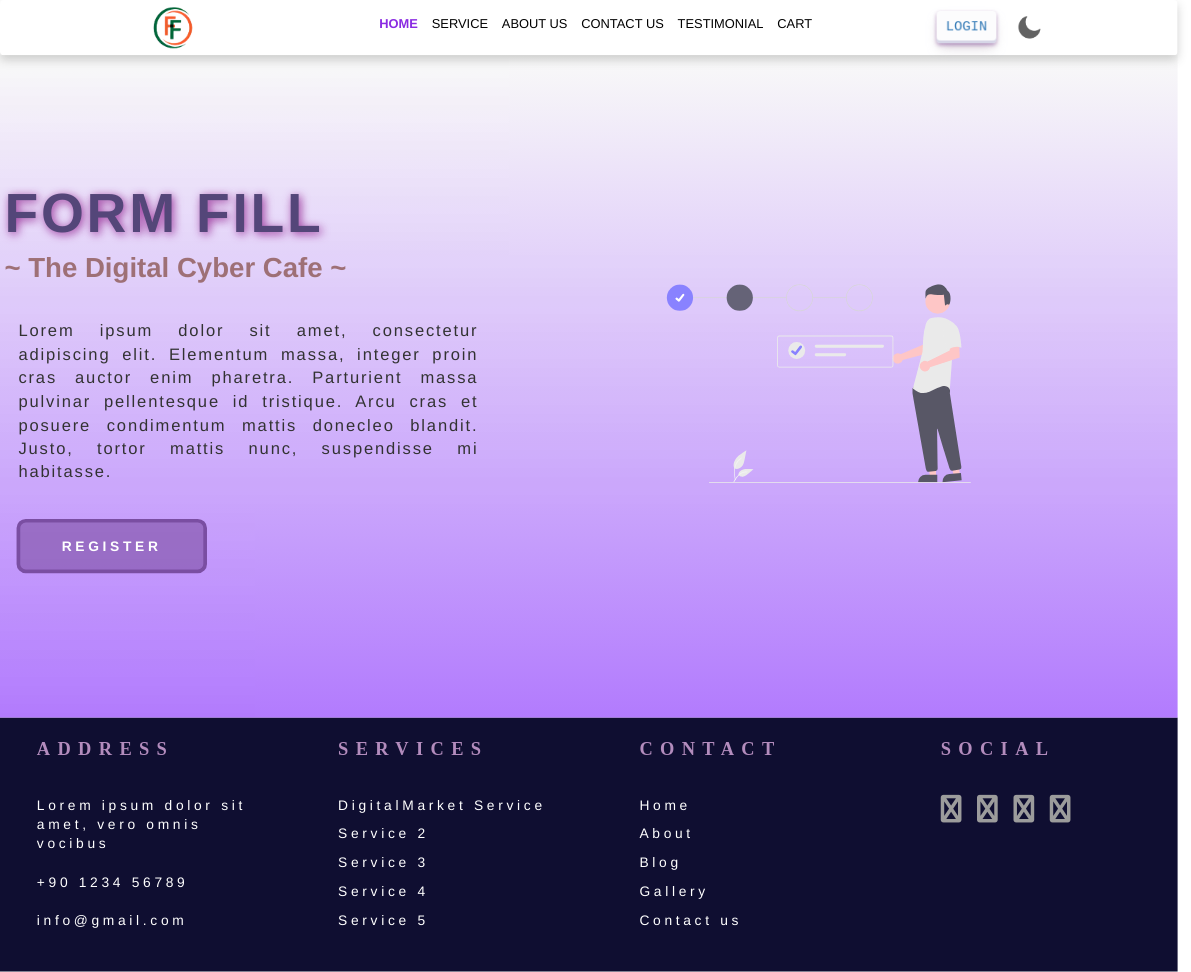
Repository: codervivek5/Formfil
Page: index.html
These files come from the project's save history. The page is drawn as it stood at one moment and after the next save; the edit follows.
The browser window is 1280 px wide. The page is 1295 px wide, so the pictures cover 1295 px, including what lies to the right of the window. The pictures show the whole page, at 92% of full size.
Some web fonts or font styles are not loaded; a fallback is used.

Above is the page before, as saved 2023-03-04 21:00:41.

### index.html
<!DOCTYPE html>
<html lang="en">

<head>
	<meta charset="UTF-8" />
	<meta http-equiv="X-UA-Compatible" content="IE=edge" />
	<meta name="viewport" content="width=device-width, initial-scale=1.0" />
	<title>Home-FormFil</title>
	<link rel="stylesheet" href="style/style.css" />
     <link rel="stylesheet" href="style/theme.css">

	<link rel="stylesheet" href="https://maxcdn.bootstrapcdn.com/bootstrap/3.4.1/css/bootstrap.min.css">
	<script src="https://ajax.googleapis.com/ajax/libs/jquery/3.6.0/jquery.min.js"></script>
     <script src="https://maxcdn.bootstrapcdn.com/bootstrap/3.4.1/js/bootstrap.min.js"></script>

	<link rel="stylesheet" href="https://fonts.googleapis.com/css?family=Trirong" />
	<link rel="icon" type="image/x-icon" href="./img/crop_logo.png" />
	<link rel="stylesheet" href="https://cdnjs.cloudflare.com/ajax/libs/font-awesome/6.2.1/css/all.min.css">
</head>

<body>

    <div class="loader">
          <img class= "imgload" src="img/logo.png"  alt="">
     </div>

     <header class="navbar">
      <a href="index.html"><img class="logo" src="img/logo.png" width="100px" height="100px" /></a>

      <div class="navbar-opt">
        <ul class="navbar-list">
          <li><a href="index.html" class="nav-link active">HOME</a></li>
          <li><a href="pages/service.html" class="nav-link">SERVICE </a></li>
          <li><a href="pages/about_us.html" class="nav-link">ABOUT US </a></li>
          <li><a href="pages/contact-us.html" class="nav-link">CONTACT US </a></li>
          <li><a href="pages/testimonial.html" class="nav-link">TESTIMONIAL</a></li>
          <li><a href="pages/cart.html" class="nav-link">CART</a></li>
        </ul>
      </div>

      <div class="fixed-buttons">
        <button><a href="pages/login.html" class="lgn">LOGIN</a></button>
        <img src="img/moon.png" id="icon">
      </div>

      <div class="mobile-menu">
        <ion-icon name="menu-outline" class="menu-icon"></ion-icon>
        <ion-icon name="close-outline" class="menu-icon"></ion-icon>
      </div>

     </header>

	<div class="main">

		<div class="container">
			<div class="content">
				<h1>FORM FILL</h1>
				<h2>~ The Digital Cyber Cafe ~</h2>
				<p class="para">
					Lorem ipsum dolor sit amet, consectetur adipiscing elit.
          Elementum massa, integer proin cras auctor enim pharetra.
					Parturient massa pulvinar pellentesque id tristique.
          Arcu cras et posuere condimentum mattis donecleo blandit.
          Justo, tortor mattis nunc, suspendisse mi habitasse.
				</p>
				<div class="btn">
					<a href="pages/signup.html"> <button class="btn1 button">REGISTER</button></a>
				</div>
			</div>
			<div class="shipp">
				<img src="img/svg.svg" />
        <!-- <img src="img/formfilSvg.svg" /> -->
			</div>
		</div>
	</div>

<!-- footer section -->
<footer>
    <div>
        <div class="row">
            <div class="col-lg-3 col-md-5 col-sm-4 col-xs-12">
                <ul class="adress">
                     <span>Address</span>
                     <li>
                        <p>Lorem ipsum dolor sit amet, vero omnis vocibus</p>
                      </li>

                      <li>
                        <p>+90 1234 56789</p>
                      </li>

                      <li>
                        <p>info@gmail.com</p>
                      </li>
                 </ul>
            </div>
            <div class="col-lg-3 col-md-5 col-sm-4 col-xs-12">
               <ul class="service">
                    <span>Services</span>
                    <li>
                       <a href="#">DigitalMarket Service</a>
                     </li>

                     <li>
                        <a href="#">Service 2</a>
                     </li>

                     <li>
                       <a href="#">Service 3</a>
                     </li>

                     <li>
                        <a href="#">Service 4 </a>
                     </li>

                     <li>
                       <a href="#">Service 5</a>
                    </li>
               </ul>
           </div>
            <div class="col-lg-3 col-md-3 col-sm-4 col-xs-12">
                <ul class="contact">
                     <span>Contact</span>
                     <li>
                        <a href="index.html">Home</a>
                      </li>

                      <li>
                         <a href="pages/about_us.html">About</a>
                      </li>

                      <li>
                        <a href="#">Blog</a>
                      </li>

                      <li>
                         <a href="#">Gallery </a>
                      </li>

                      <li>
                        <a href="pages/contact-us.html">Contact us</a>
                     </li>
                </ul>
            </div>

            <div class="col-lg-3 col-md-3 col-sm-4 col-xs-12">
               <ul class="social">
                    <span>Social</span>
                    <li>
                         <a href="https://www.facebook.com/codervivek"  target="_blank"><i class="fa fa-facebook fa-2x"></i></a>
                    </li>

                    <li>
                         <a href="https://github.com/codervivek5" target="_blank"><i class="fa fa-github fa-2x"></i></a>
                    </li>

                    <li>
                         <a href="https://www.linkedin.com/in/codervivek/" target="_blank"><i class="fa fa-linkedin fa-2x"></i></a>
                    </li>

                    <li>
                         <a href="https://twitter.com/codervivek5" target="_blank"><i class="fa fa-twitter fa-2x"></i></a>
                    </li>

                    <li>
                         <a href="https://www.youtube.com/codervivek" target="_blank"><i class="fa fa-youtube-play fa-2x"></i></a>
                   </li>
                  </ul>
            </div>
       </div>
    </div>
    <button class="back-to-top hidden">
     <svg
     xmlns="http://www.w3.org/2000/svg"
     class="back-to-top-icon"
     fill="none"
     viewBox="0 0 24 24"
     stroke="currentColor"
   >
     <path
       stroke-linecap="round"
       stroke-linejoin="round"
       stroke-width="2"
       d="M7 11l5-5m0 0l5 5m-5-5v12"
     />
   </svg></button>
</footer>


<script>

     // Javascript Code for Dark Mode Switch
	var icon = document.getElementById("icon");
	icon.onclick = function(){
		document.body.classList.toggle("dark-mode");
		if (document.body.classList.contains("dark-mode")){
			icon.src="img/sun.png";
		}
		else {
			icon.src="img/moon.png";
		}
	}
  //javascript for loader
  $(document).ready(function() {
      // Animate loader off screen
   setTimeout(function() {
    $(".loader").fadeOut("slow");
   }, 0);
  });
      // Javascript Code for Scroll to top Button
      const showOnPx = 100;
      const backToTopButton = document.querySelector(".back-to-top")

     const scrollContainer = () => {
       return document.documentElement || document.body;
      };

 document.addEventListener("scroll", () => {
   if (scrollContainer().scrollTop > showOnPx) {
     backToTopButton.classList.remove("hidden")
   } else {
     backToTopButton.classList.add("hidden")
   }
 })
 const goToTop = () => {
   document.body.scrollIntoView({
     behavior: "smooth",
   });
 };
 backToTopButton.addEventListener("click", goToTop);

 const mobile_nav= document.querySelector('.mobile-menu');
const nav_header= document.querySelector(".navbar");

const toggleNav = () =>{
  nav_header.classList.toggle("switchOn");
}

mobile_nav.addEventListener('click', () => toggleNav());

</script>
<script type="module" src="https://unpkg.com/ionicons@5.5.2/dist/ionicons/ionicons.esm.js"></script>
<script nomodule src="https://unpkg.com/ionicons@5.5.2/dist/ionicons/ionicons.js"></script>
</body>
</html>

### style/style.css
@import url('https://fonts.googleapis.com/css2?family=Tilt+Prism&display=swap');

body{
	margin:0;
	padding:0;
	background:black;
font-family: 'Times New Roman', Times, serif;
overflow-x: hidden;
}
.main{
	position: relative;
	height:100%;
	width:100%;
	/* background:linear-gradient(rgba(244, 245, 243, 0.712),#7b378ec4); */
	background-position: center;
	background-repeat: no-repeat;
	background-size: cover;
	opacity: 0.8;

}
.navbar{
    padding: 0 !important;
    padding: 0 3rem;
    height: 6rem;
    display: flex;
    justify-content: space-between;
    align-items: center;
    margin-bottom: 0 !important;
    box-shadow: 0px 5px 10px #48464640 !important;
    z-index: 999;
}

.navbar-opt{
    transition: all 0.5s;
  }

  .navbar-list{
    display: flex;
    gap: 1.5rem;
    list-style: none;
  }

  .fixed-buttons{
    display: flex;
    justify-content: center;
    align-items: center;
    column-gap: 1rem;
  }

  .active{
    font-weight: 700 !important;
  }

  .nav-link:link,
.nav-link:visited {
  display: inline-block;
  text-decoration: none;
  color: black;
}

.mobile-menu{
  display: none;
  background: transparent;
  cursor: pointer;
}

.menu-icon{
  width: 3.2rem;
  height: 3.2rem;
  z-index: 1000;
}

.menu-icon[name="close-outline"]{
  display: none;
}

.fixed-buttons button{
  align-items: center;
  appearance: none;
  background-color: #FCFCFD;
  border-radius: 4px;
  border-width: 0;
  box-shadow: #7b378e7b 0 2px 4px,#c1b6c4a8 0 7px 13px -3px,#D6D6E7 0 -3px 0 inset;
  box-sizing: border-box;
  color: #36395A;
  cursor: pointer;
  display: inline-flex;
  font-family: "JetBrains Mono",monospace;
  height: 3.5rem;
  justify-content: center;
  line-height: 1;
  list-style: none;
  overflow: hidden;
  padding-left: 1rem;
  padding-right: 1rem;
  position: relative;
  text-align: left;
  text-decoration: none;
  transition: box-shadow .15s,transform .15s;
  user-select: none;
  -webkit-user-select: none;
  touch-action: manipulation;
  white-space: nowrap;
  will-change: box-shadow,transform;
  font-size: 1.5rem;
}

.fixed-buttons button:focus {
    box-shadow: #D6D6E7 0 0 0 1.5px inset, rgba(45, 35, 66, 0.4) 0 2px 4px, rgba(45, 35, 66, 0.3) 0 7px 13px -3px, #D6D6E7 0 -3px 0 inset;
  }

  .fixed-buttons button:hover {
    box-shadow: rgba(45, 35, 66, 0.4) 0 4px 8px, rgba(45, 35, 66, 0.3) 0 7px 13px -3px, #D6D6E7 0 -3px 0 inset;
    transform: translateY(-2px);
  }

  .fixed-buttons button:active {
    box-shadow: #D6D6E7 0 3px 7px inset;
    transform: translateY(2px);
  }

@media (max-width:1220px){
    .navbar-list{
      gap: 0.3rem;
    }
  }

  @media (max-width:1030px){
    .mobile-menu{
      display: block;
    }

    .navbar{
      padding: 0 1rem;
      position: relative;
    }

    .navbar-opt{
      width: 100vw;
      height: 100vh;
      background-color: #484646dd;
      position: absolute;
      top: 0;
      left: 0;
      display: flex;
      justify-content: center;
      /* transform: translateY(100%); */
      transition: all 0.5s linear;
      opacity: 0;
      visibility: hidden;
      pointer-events: none;
    }

    .navbar-list{
      flex-direction: column;
      align-items: center;
      justify-content: center;
      font-size: 1.7rem;
      font-weight: 500;
    }

    .switchOn .navbar-opt{
      opacity: 1;
      visibility: visible;
      pointer-events: auto;
    }

    .switchOn .mobile-menu .menu-icon[name="close-outline"]{
      display: block;
    }

    .switchOn .mobile-menu .menu-icon[name="menu-outline"]{
      display: none;
    }

  }

  .nav-link:hover{
    color: grey !important;
  }

    /* ____________________________________________________________________________________________________________ */

.container{
    display: flex;
    justify-content: space-between;
    align-items: center;
    position: relative;
    top: 20vh;
    padding: 0px 25px;
}
.shipp{
  padding-left: 50px;
}
.shipp img{
    width: 60vh;
}
.content{
  display: flex;
  flex-direction: column;
  margin-left: -110px;
}
.content h1{
    color: #2a1958;
    text-shadow: 2px 2px 10px purple;
    font-size: 6rem;
    letter-spacing: 3px;
    margin-top: -5px;
    font-weight: bold;
}
.content h2{
  color: rgba(0, 0, 0, 0.87);
	width:100%;
  font-weight: bold;
  margin-top: -1px;
}
.content .para{
  color: black;
	width:100%;
  text-align: justify;
  font-size: 18px;
  margin-top: 30px;
  padding-left: 60px;
  letter-spacing: 2px;

}
.content .btn{
  text-align: left;
  margin-left: 45px;
  margin-top: 20px;
}
.content button{
    padding: 15px 45px;
    border-radius: 10px;
    border: none;
    background-color: rgba(90, 34, 139,0.6) !important;
    border: 4px solid rgba(90, 34, 139);
    color: white !important;
    font-weight: bold !important;
    letter-spacing: 4px;
    font-size: 15px !important;
    transition: transform .2s;
}
.btn1:hover{
  transform: scale(1.15);
  background-color: rgba(90, 34, 139,0.2) !important;
  color: white !important;
}

@media only screen and (max-width: 1300px){
    .shipp img{
      width: 50vw;
      height: 30vh;
  }
  }

  @media only screen and (max-width: 500px){
    .container{
      display: flex;
      flex-direction: column;
      padding: 0 !important;
      margin: 0 !important;
    }
    .content{
      width: 100vw;
      display: flex;
      flex-direction: column;
      justify-content: center;
      align-items: center;
      padding: 0 !important;
      margin: 0 !important;
    }
    .shipp img{
      width: 50vw;
      height: 40vh;
  }
  .content h1{
    font-size: 3rem;
  }
  .content h2{
    font-size: 2rem;
  }
  .content .para{
    font-size: 1.5rem;
  }
  }
/* footer */
footer{
     background-color: #0f0e31;
     padding:20px 0px;
     z-index: 1;
}

footer ul li{
    padding:5px 0px;
}

.adress span , .contact span , .social span, .service span{
   color: #FFF;
   font-weight: 800;
   padding-bottom: 10px;
   margin-bottom: 20px;
   display: block;
   text-transform: uppercase;
   font-size: 20px;
   letter-spacing: 3px;
}

.adress li p , .contact li a , .social li a, .service li a{
    color:#FFF;
    letter-spacing: 2px;
    text-decoration:none;
    font-size:15px;
    font-style: sans-serif;
}

.social li{
    float:left;
}

.adress , .contact , .social , .service{
    list-style: none;
}

.fa{
    color:#9c9c9c;
    margin-right: 15px;
    font-size:24px;
}
.service span{
    letter-spacing: 8px;
    font-family:'Tilt Prism', cursive;
    color:rgb(179,140,189);
}
.contact span{
    letter-spacing: 8px;
    font-family: 'Tilt Prism', cursive;
    color:rgb(179,140,189);

}
.adress span{
    letter-spacing: 8px;
    font-family:'Tilt Prism', cursive;
    color:rgb(179,140,189);
}
.social span{
    letter-spacing: 8px;
    font-family:'Tilt Prism', cursive;
    color:rgb(179,140,189);
}
.service a{
    letter-spacing: 4px !important;
    position: relative;
    transition: all 0.5s ease;
    -webkit-transition: all 0.5s ease;
}
.service a:hover {
    color: rgb(137,130,255) !important;
    transition: all 1s ease;
    -webkit-transition: all 1s ease;
}

 .service a:before, .service a:after {
  content: '';
  position: absolute;
  width: 0%;
  height: 1px;
  bottom: -1px;
  background:rgb(204,214,246);
}

.imgload{
	height: 25%;
	width: 15%;

}
.loader{
    position: fixed;
    z-index: 1;
    top: 0;
    left: 0;
    background: #7b378ec4;
    height: 100%;
    width: 100%;
    display: flex;
    justify-content: center;
    align-items: center;
  }

  .loader.hidden{
    animation: fadeOut 2s forwards;
  }
  @keyframes fadeOut {
    100%{
      opacity: 100%;
      visibility: hidden;
    }
  }



.adress p{
    letter-spacing: 4px !important;
    position: relative;
    transition: all 0.5s ease;
    -webkit-transition: all 0.5s ease;
}
.adress p:hover {
    color: rgb(14, 214, 3) !important;
    transition: all 1s ease;
    -webkit-transition: all 1s ease;
}
.contact a{
    letter-spacing: 4px !important;
    position: relative;
    transition: all 0.5s ease;
    -webkit-transition: all 0.5s ease;
}
.contact a:hover {
    color: rgb(212, 1, 227) !important;
    transition: all 1s ease;
    -webkit-transition: all 1s ease;
}
.social i{
    position: relative;
}
.social i:hover {
    color: rgb(15, 3, 252) !important;
    transition: all 1s ease;
    -webkit-transition: all 1s ease;
}
.back-to-top {
    position: fixed;
    right: 2rem;
    bottom: 2rem;
}
.hidden {
    display: none;
        opacity: 0%;

  }
.back-to-top {
    position: fixed;
    right: 2rem;
    bottom: 2rem;
    border-radius: 100%;
    background: gray;
    padding: 1.5rem;
    border: none;
    cursor: pointer;
    opacity: 100%;
    transition: opacity 0.5s;
  }
  .back-to-top-icon {
    width: 2rem;
    height: 2rem;
    color: white;
  }
  .back-to-top:hover {
    opacity: 60%;
  }

.footerpart{
	text-align: center;
}







    /* ____________________________________________________________________________________________________________ */

### style/theme.css
:root{
	--color--main: linear-gradient(rgba(244, 245, 243, 0.712),rgb(159, 90, 253));
	--color--footer: rgb(119, 5, 100);
	--color--h1: #2a1958;
	--color--h2: rgba(122, 60, 60, 0.87);
	--color--p: black;
	--color--btn: #2a1958;
	--color--nav: black;
	--color--nav_before:#2a1958;
	--color--customnav: white;
}
.dark-mode{
	--color--main: linear-gradient(#4b075ac4,rgba(28, 1, 41, 0.712));
	--color--footer: rgb(65, 3, 55);
	--color--h1: rgb(255, 255, 255);
	--color--h2: rgb(233, 233, 233);
	--color--p: white;
	--color--btn: #130735;
	--color--nav: rgb(215, 244, 248);
	--color--nav_before:rgb(215, 244, 248);
	--color--customnav: rgb(174, 147, 180);
}
#icon{
	width: 30px;
	cursor: pointer;
	margin: 10px;
}
.main{
	position: relative;
	height:100vh;
	width:100%;
	background:var(--color--main);
	background-position: center;
	background-repeat: no-repeat;
	background-size: cover;
	opacity: 0.8;
}
.navbar{
	background-color: var(--color--customnav);
}

.nav-link{
	color: var(--color--p) !important;
}

.active{
	color: blueviolet !important;
}
.content h1{
    color:var(--color--h1);
margin-left: 8%;
}
.content h2{
    color: var(--color--h2);
    margin-left: 8%;
}
.content .para{
    color: var(--color--p);
}
.content .btn1 {
    background-color: var(--color--btn);
    color:honeydew;

}
.footer{
	background-color:var(--color--footer);
	display: block;
	justify-content: center;
	align-items: center;
	width: 100%;
	height: 40vh;

}

After the next save:
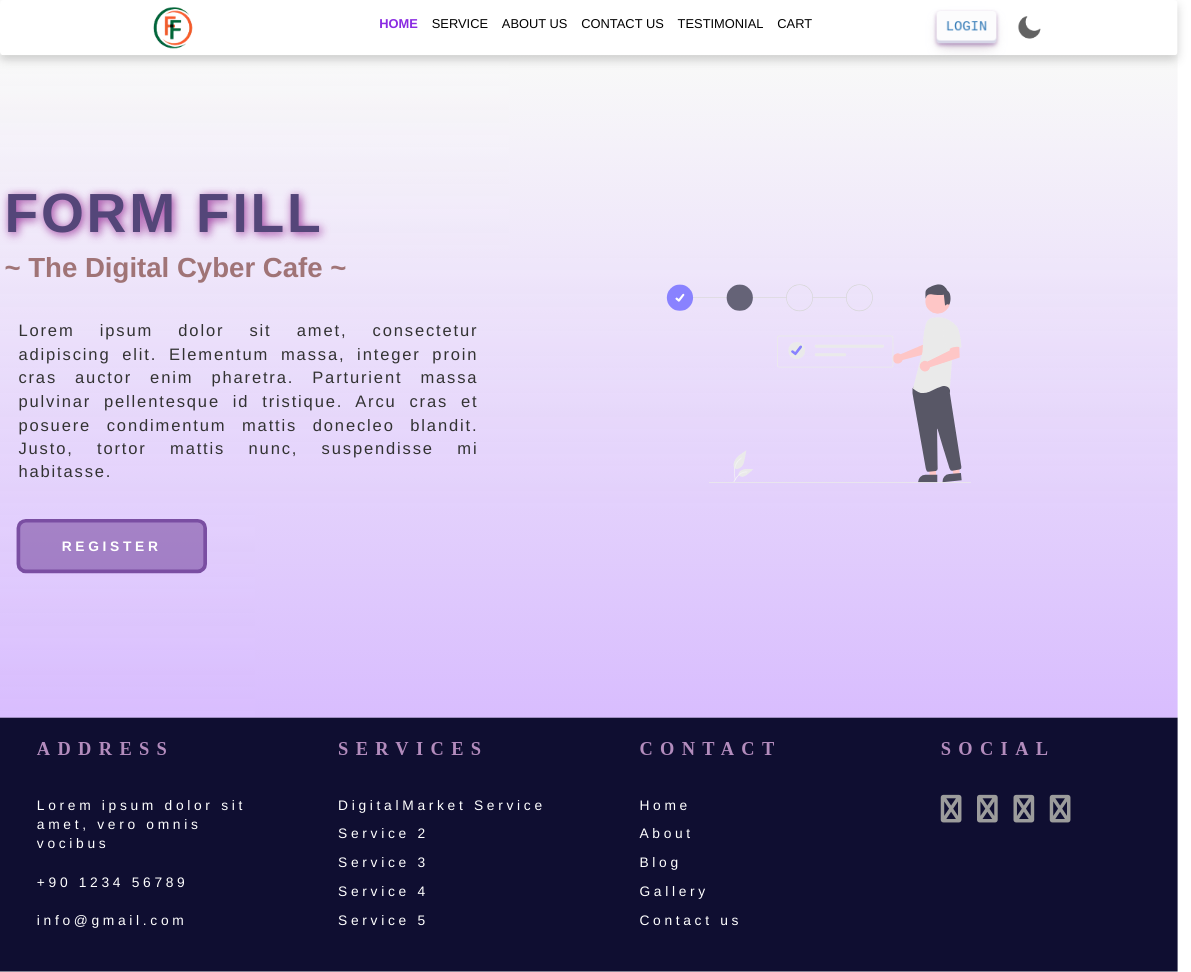
Saved 7 s later.
--- a/style/theme.css
+++ b/style/theme.css
@@ -1,5 +1,5 @@
 :root{
-	--color--main: linear-gradient(rgba(244, 245, 243, 0.712),rgb(159, 90, 253));
+	--color--main: linear-gradient(rgba(244, 245, 243, 0.712),rgba(159, 90, 253,0.5));
 	--color--footer: rgb(119, 5, 100);
 	--color--h1: #2a1958;
 	--color--h2: rgba(122, 60, 60, 0.87);

After the save that followed:
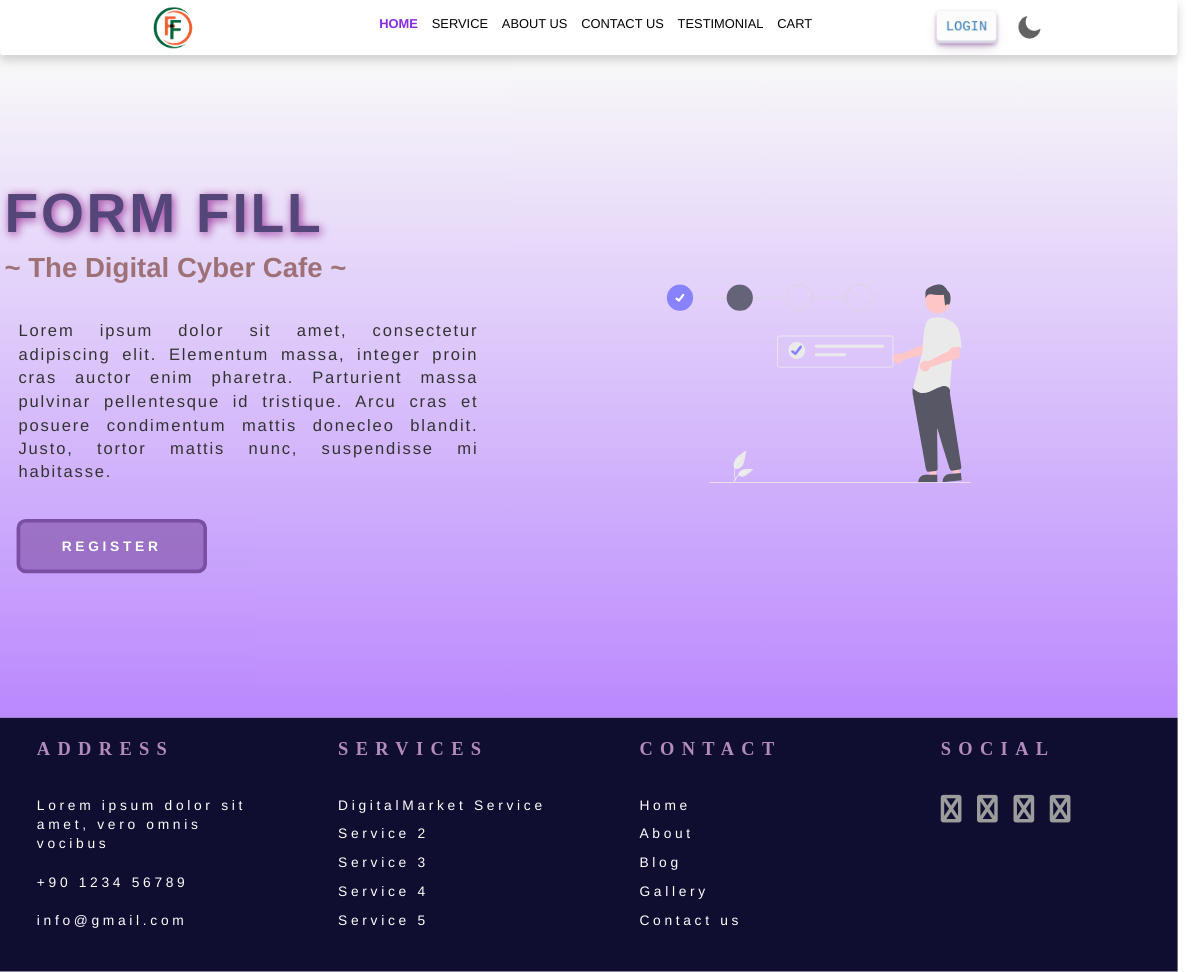
Saved 9 s later.
--- a/style/theme.css
+++ b/style/theme.css
@@ -1,5 +1,5 @@
 :root{
-	--color--main: linear-gradient(rgba(244, 245, 243, 0.712),rgba(159, 90, 253,0.5));
+	--color--main: linear-gradient(rgba(244, 245, 243, 0.712),rgba(159, 90, 253,0.9));
 	--color--footer: rgb(119, 5, 100);
 	--color--h1: #2a1958;
 	--color--h2: rgba(122, 60, 60, 0.87);
